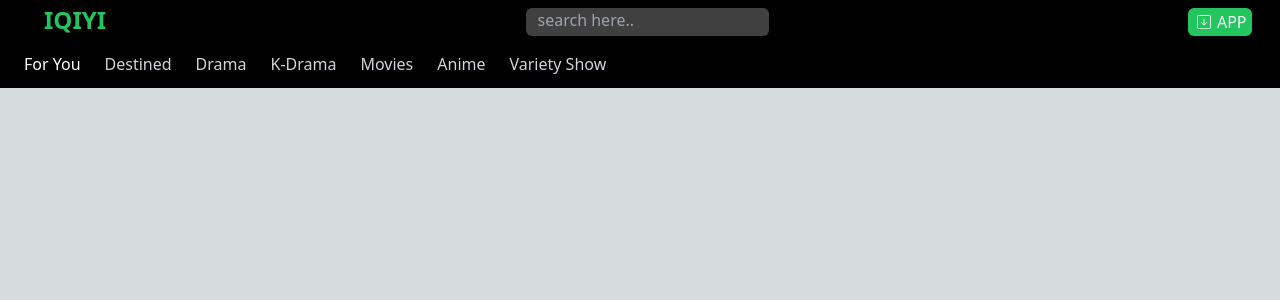
Repository: cozocozy/iqiyi-clone
Page: /
These files come from the project's save history. The page is drawn as it stood at one moment and after the next save; the edit follows.
The browser window is 1280 px wide. The pictures show the whole page.
The project was rebuilt for these pictures with package versions that can differ from the ones it lists, and the page was loaded fresh each time. The framework's server and built-in components were replaced by stand-ins that run in the browser. Also part of the build but not shown: next.config.js.

Above is the page before, as saved 2023-07-16 10:16:24.

After the next save:
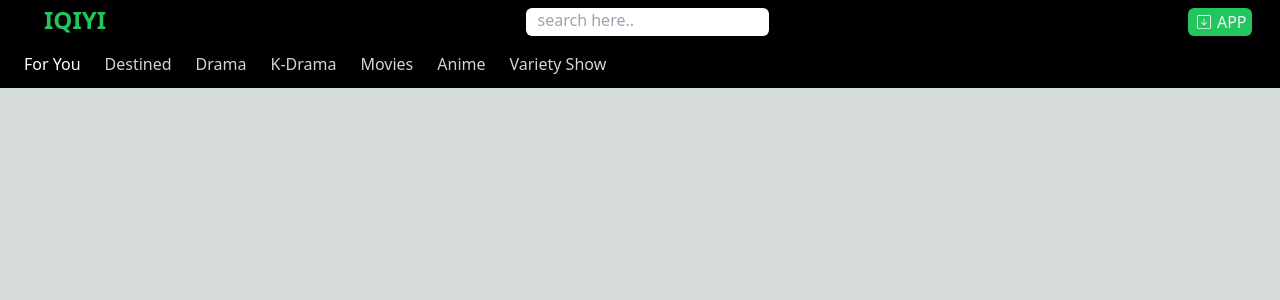
Saved 27 s later.
--- a/pages/components/Header.tsx
+++ b/pages/components/Header.tsx
@@ -16,7 +16,7 @@
           {/* <button className="absolute border-l border-gray-500 ml-60 p-1 px-4">
             <BsSearch />
           </button> */}
-          <input className="rounded rounded-md bg-neutral-700  h-7 pl-3 pb-1" placeholder="search here.."></input>
+          <input className="rounded rounded-md bg-white  h-7 pl-3 pb-1" placeholder="search here.."></input>
         </div>
         <button className="flex flex-row mr-7 mt-1 rounded rounded-md w-16 h-7 bg-green-500 text-gray-100 justify-evenly items-center">
           <div className="ml-1">

After the 2 saves that followed:
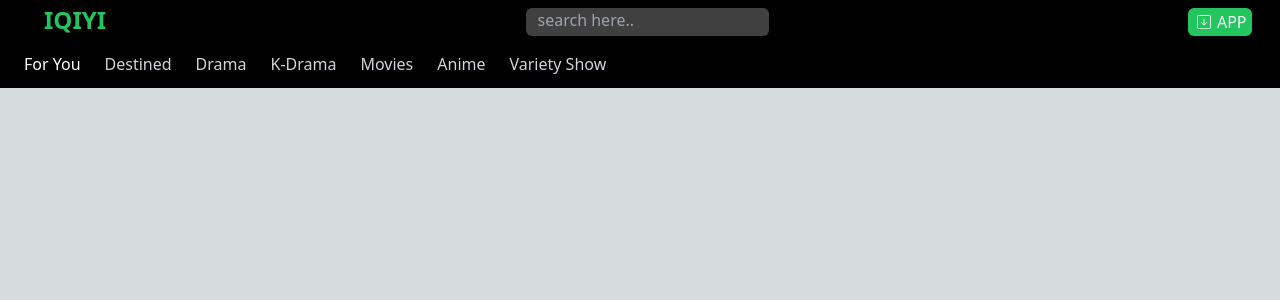
The 2 saves are shown as one change because 1 left the picture as it was.
The last was saved 21 s later.
--- a/pages/components/Header.tsx
+++ b/pages/components/Header.tsx
@@ -16,7 +16,7 @@
           {/* <button className="absolute border-l border-gray-500 ml-60 p-1 px-4">
             <BsSearch />
           </button> */}
-          <input className="rounded rounded-md bg-white  h-7 pl-3 pb-1" placeholder="search here.."></input>
+          <input className="rounded rounded-md bg-neutral-700  h-7 pl-3 pb-1" placeholder="search here.."></input>
         </div>
         <button className="flex flex-row mr-7 mt-1 rounded rounded-md w-16 h-7 bg-green-500 text-gray-100 justify-evenly items-center">
           <div className="ml-1">
